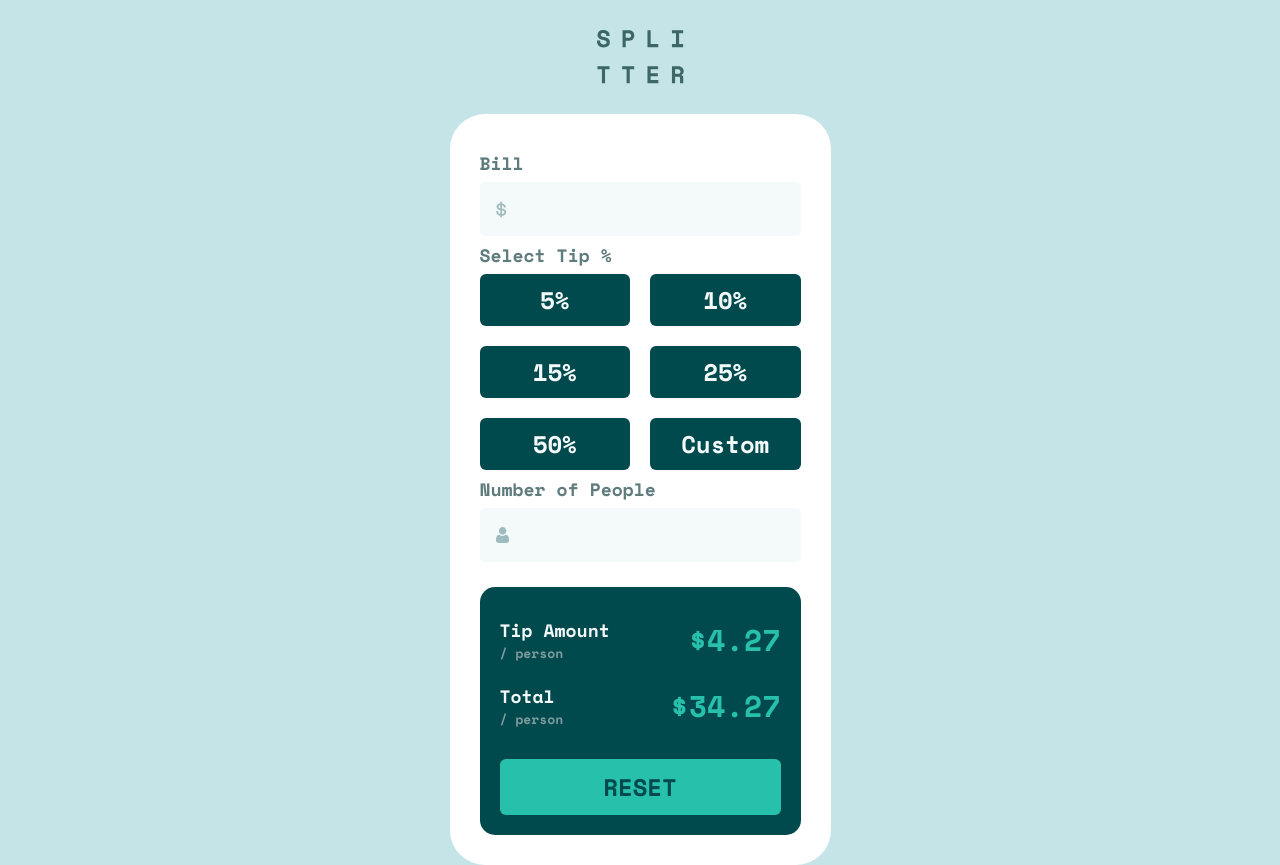
Repository: tomas938/tipcalculator
Page: /
These files come from the project's save history. The page is drawn as it stood at one moment and after the next save; the edit follows.
The browser window is 1280 px wide. The pictures show the whole page.
The project was rebuilt for these pictures with package versions that can differ from the ones it lists, and the page was loaded fresh each time.

Above is the page before, as saved 2021-08-04 11:09:55.

### public/index.html
<!DOCTYPE html>
<html lang="">
	<head>
		<meta charset="utf-8" />
		<meta http-equiv="X-UA-Compatible" content="IE=edge" />
		<meta name="viewport" content="width=device-width,initial-scale=1.0" />
		<link rel="icon" href="<%= BASE_URL %>favicon.ico" />
		<link
			href="https://fonts.googleapis.com/icon?family=Material+Icons"
			rel="stylesheet"
		/>
		<title><%= htmlWebpackPlugin.options.title %></title>
	</head>
	<body>
		<noscript>
			<strong
				>We're sorry but <%= htmlWebpackPlugin.options.title %> doesn't work
				properly without JavaScript enabled. Please enable it to
				continue.</strong
			>
		</noscript>
		<div id="app"></div>
		<!-- built files will be auto injected -->
	</body>
</html>

### src/App.vue
<template>
	<router-view />
</template>

<style lang="scss">
@import url("https://fonts.googleapis.com/css2?family=Space+Mono:wght@400;700&display=swap");
$strong-cyan: hsl(172, 67%, 45%);
$dark-cyan: hsl(186, 14%, 43%);
$grayish-cyan: hsl(184, 14%, 43%);
$lower-grayish-cyan: hsl(184, 14%, 56%);
$light-grayish-cyan: hsl(185, 41%, 84%);
$lighter-grayish-cyan: hsl(189, 41%, 97%);
$white: hsl(0, 0%, 100%);
* {
	margin: 0;
	padding: 0;
	box-sizing: border-box;
	font-family: "Space Mono", monospace;
	font-size: 2.4rem;
}
body {
	background-color: hsl(185, 41%, 84%);
}
html {
	font-size: 62.5%;
	@media only screen and (max-width: 760px) {
		font-size: 42.5%;
	}
}
</style>

### src/views/Home.vue
<template>
	<div class="logo">
		<splitter></splitter>
	</div>
</template>

<script>
import Splitter from "../components/Splitter.vue";
export default {
	name: "Home",
	components: {
		Splitter,
	},
};
</script>
<style lang="scss" scoped></style>

### src/components/Splitter.vue
<template>
	<div class="splitter">
		<svg xmlns="http://www.w3.org/2000/svg" width="87" height="54">
			<path
				fill="#3D6666"
				d="M6.72 17.472c.944 0 1.792-.12 2.544-.36s1.392-.584 1.92-1.032a4.476 4.476 0 001.212-1.62c.28-.632.42-1.34.42-2.124v-.288c0-1.472-.464-2.584-1.392-3.336-.928-.752-2.272-1.288-4.032-1.608a14.615 14.615 0 01-1.74-.408c-.456-.144-.824-.308-1.104-.492-.28-.184-.476-.392-.588-.624a1.771 1.771 0 01-.168-.78c0-.56.232-1.004.696-1.332.464-.328 1.096-.492 1.896-.492.944 0 1.676.248 2.196.744.52.496.78 1.08.78 1.752v.576h3.168v-.864a5 5 0 00-.396-1.968 4.762 4.762 0 00-1.176-1.656C10.436 1.08 9.792.7 9.024.42 8.256.14 7.376 0 6.384 0c-.88 0-1.676.12-2.388.36s-1.32.576-1.824 1.008c-.504.432-.896.94-1.176 1.524-.28.584-.42 1.22-.42 1.908v.144c0 .832.144 1.536.432 2.112a3.978 3.978 0 001.212 1.44c.52.384 1.132.692 1.836.924.704.232 1.48.42 2.328.564.64.112 1.168.248 1.584.408.416.16.744.34.984.54s.408.424.504.672c.096.248.144.508.144.78 0 .576-.232 1.072-.696 1.488-.464.416-1.176.624-2.136.624-1.232 0-2.14-.3-2.724-.9-.584-.6-.876-1.404-.876-2.412v-.576H0v.72c0 .88.144 1.692.432 2.436a5.47 5.47 0 001.272 1.944c.56.552 1.26.984 2.1 1.296.84.312 1.812.468 2.916.468zm22-.336V10.8h3.408c.864 0 1.616-.144 2.256-.432a4.707 4.707 0 001.596-1.14 4.833 4.833 0 00.96-1.608c.216-.6.324-1.212.324-1.836v-.576c0-.608-.108-1.204-.324-1.788a4.625 4.625 0 00-.96-1.56A4.737 4.737 0 0034.384.756c-.64-.28-1.392-.42-2.256-.42h-6.576v16.8h3.168zm3.096-9.36H28.72V3.36h3.096c.704 0 1.26.192 1.668.576.408.384.612.88.612 1.488v.288c0 .608-.204 1.104-.612 1.488-.408.384-.964.576-1.668.576zm29.464 9.36v-3.024h-7.632V.336H50.48v16.8h10.8zm24.88 0v-3.024h-4.032V3.36h4.032V.336H74.928V3.36h4.032v10.752h-4.032v3.024H86.16zm-78.096 36V39.36h4.464v-3.024H.432v3.024h4.464v13.776h3.168zm24.688 0V39.36h4.464v-3.024H25.12v3.024h4.464v13.776h3.168zm28.624 0v-3.024h-7.728v-3.888H60.8V43.2h-7.152v-3.84h7.44v-3.024H50.48v16.8h10.896zm16.744 0V46.8h3.648c.464 0 .796.12.996.36.2.24.3.552.3.936v5.04h3.168v-5.808c0-.56-.164-1.024-.492-1.392-.328-.368-.772-.584-1.332-.648v-.432c.768-.32 1.336-.78 1.704-1.38a3.63 3.63 0 00.552-1.932v-.576c0-.64-.116-1.24-.348-1.8a4.332 4.332 0 00-1.008-1.476c-.44-.424-.988-.756-1.644-.996-.656-.24-1.416-.36-2.28-.36h-6.432v16.8h3.168zm3.024-9.36H78.12V39.36h3.024c.768 0 1.352.204 1.752.612.4.408.6.892.6 1.452v.288c0 .656-.2 1.164-.6 1.524-.4.36-.984.54-1.752.54z"
			/>
		</svg>
		<div class="calculator">
			<h3>Bill</h3>
			<div class="input-wrapper">
				<input type="text" />
				<svg xmlns="http://www.w3.org/2000/svg" width="11" height="17">
					<path
						fill="#9EBBBD"
						d="M6.016 16.328v-1.464c1.232-.08 2.22-.444 2.964-1.092.744-.648 1.116-1.508 1.116-2.58v-.144c0-.992-.348-1.772-1.044-2.34-.696-.568-1.708-.932-3.036-1.092V4.184c.56.144 1.012.4 1.356.768.344.368.516.816.516 1.344v.288h1.824v-.432c0-.448-.088-.876-.264-1.284a3.783 3.783 0 00-.744-1.116A4.251 4.251 0 007.54 2.9a5.324 5.324 0 00-1.524-.492V.872H4.288V2.36a5.532 5.532 0 00-1.416.324c-.448.168-.84.392-1.176.672-.336.28-.604.616-.804 1.008-.2.392-.3.844-.3 1.356v.144c0 .96.316 1.708.948 2.244.632.536 1.548.884 2.748 1.044v3.912c-.704-.16-1.248-.472-1.632-.936-.384-.464-.576-1.08-.576-1.848v-.288H.256v.576c0 .464.08.924.24 1.38.16.456.404.88.732 1.272.328.392.744.728 1.248 1.008s1.108.476 1.812.588v1.512h1.728zM4.288 7.424c-.688-.128-1.164-.332-1.428-.612-.264-.28-.396-.644-.396-1.092 0-.464.176-.832.528-1.104.352-.272.784-.448 1.296-.528v3.336zm1.728 5.712V9.344c.768.128 1.328.328 1.68.6.352.272.528.688.528 1.248 0 .544-.196.984-.588 1.32-.392.336-.932.544-1.62.624z"
					/>
				</svg>
			</div>
			<h3>Select Tip %</h3>
			<div class="calculator__grid">
				<div class="calculator__grid__item item-1"><p>5%</p></div>
				<div class="calculator__grid__item item-2"><p>10%</p></div>
				<div class="calculator__grid__item item-3"><p>15%</p></div>
				<div class="calculator__grid__item item-4"><p>25%</p></div>
				<div class="calculator__grid__item item-5"><p>50%</p></div>
				<div class="calculator__grid__item item-6"><p>Custom</p></div>
			</div>
			<h3>Number of People</h3>
			<div class="input-wrapper">
				<input type="text" />
				<svg xmlns="http://www.w3.org/2000/svg" width="13" height="16">
					<path
						fill="#9EBBBD"
						d="M9.573 7.729c.406 0 .784.07 1.126.209.342.14.639.33.881.569.232.227.438.503.614.82a5.1 5.1 0 01.407.949c.097.312.178.654.242 1.016.062.359.105.699.126 1.011.02.307.031.624.031.945 0 .836-.259 1.512-.768 2.01-.504.492-1.17.742-1.98.742H2.748c-.81 0-1.477-.25-1.98-.742C.259 14.76 0 14.084 0 13.248c0-.322.01-.64.032-.945.02-.312.063-.652.126-1.01.063-.363.144-.705.242-1.017.1-.323.238-.643.407-.948.176-.318.382-.594.613-.821.243-.238.54-.43.882-.57.342-.138.72-.208 1.125-.208.16 0 .313.067.61.265.183.123.397.264.636.421.204.134.48.259.822.372.333.11.671.167 1.005.167a3.19 3.19 0 001.006-.167c.341-.113.618-.238.822-.372l.636-.42c.296-.2.45-.266.61-.266zM6.598 0C7.63 0 8.522.38 9.252 1.129s1.1 1.666 1.1 2.724c0 1.06-.37 1.976-1.1 2.725-.73.75-1.623 1.13-2.654 1.13-1.03 0-1.924-.38-2.653-1.13-.73-.749-1.1-1.666-1.1-2.725 0-1.058.37-1.975 1.1-2.724C4.675.379 5.567 0 6.598 0z"
					/>
				</svg>
			</div>
			<div class="calculator__result">
				<div class="result">
					<div class="information">
						<p>Tip Amount</p>
						<span>/ person</span>
					</div>
					<div class="price">
						<p>$4.27</p>
					</div>
				</div>
				<div class="result">
					<div class="information">
						<p>Total</p>
						<span>/ person</span>
					</div>
					<div class="price">
						<p>$34.27</p>
					</div>
				</div>
				<div class="result"></div>
				<button>Reset</button>
			</div>
		</div>
	</div>
</template>

<script>
export default {};
</script>

<style lang="scss" scoped>
.splitter {
	display: flex;
	flex-direction: column;
	align-items: center;
}
.calculator {
	background-color: hsl(0, 0%, 100%);
	padding: 3rem;
	border-radius: 3.5rem;
	&__grid {
		display: grid;
		grid-gap: 2rem;
		grid-template-columns: repeat(2, 1fr);
		grid-template-rows: repeat(3, 1fr);
		color: hsl(189, 41%, 97%);
		font-weight: 700;
		text-align: center;
		cursor: pointer;
	}
	&__grid__item {
		width: 100%;
		margin: auto;
		padding: 8px 0;
		border-radius: 6px;
		background-color: hsl(183, 100%, 15%);
		&:hover {
			transition: all 0.3s ease-in-out;
			background-color: hsl(172, 67%, 45%);
			color: hsl(183, 100%, 15%);
		}
	}
	&__result {
		margin-top: 2.5rem;
		display: flex;
		flex-direction: column;
		border-radius: 1.5rem;
		padding: 2rem;
		background-color: hsl(183, 100%, 15%);
		font-weight: 700;
		.result {
			display: flex;
			justify-content: space-between;
			padding: 10px 0;
			p {
				font-size: 1.8rem;
				color: hsl(189, 41%, 97%);
			}
			span {
				font-size: 1.3rem;
				color: hsl(184, 14%, 56%);
			}
		}
		.information {
			display: flex;
			flex-direction: column;
		}
		.price {
			p {
				color: hsl(172, 67%, 45%);
				font-size: 3rem;
			}
		}
		button {
			border-radius: 6px;
			padding: 1rem 0;
			font-weight: 700;
			color: hsl(183, 100%, 15%);
			text-transform: uppercase;
			background-color: hsl(172, 67%, 45%);
			cursor: pointer;
			outline: none;
			border: none;
		}
		button:hover,
		button:active {
			transition: 0.3s ease-in-out;
			background-color: hsl(185, 41%, 84%);
		}
	}
}
svg {
	margin: 3rem 0;
}
input {
	border-radius: 5px;
	border: 2px solid transparent;
	outline: none;
	background-color: hsl(189, 41%, 97%);
	color: hsl(183, 100%, 15%);
	font-weight: 700;
	text-align: right;
	padding: 0.7rem 0;
	padding-right: 1.5rem;

	&:focus,
	&:active {
		border: 2px solid hsl(172, 67%, 45%);
	}
	&::placeholder {
		color: hsl(184, 14%, 56%);
	}
}
h3 {
	margin: 6px 0;
	font-size: 1.8rem;
	color: hsl(184, 14%, 43%);
	font-weight: 700;
}
.input-wrapper {
	position: relative;
	display: flex;
	align-items: center;

	svg {
		width: 2rem;
		margin: 0;
		position: absolute;
		left: 5%;
	}
}
</style>

Loaded but not shown: src/main.js (common file); src/router/index.js (common file)

After the next save:
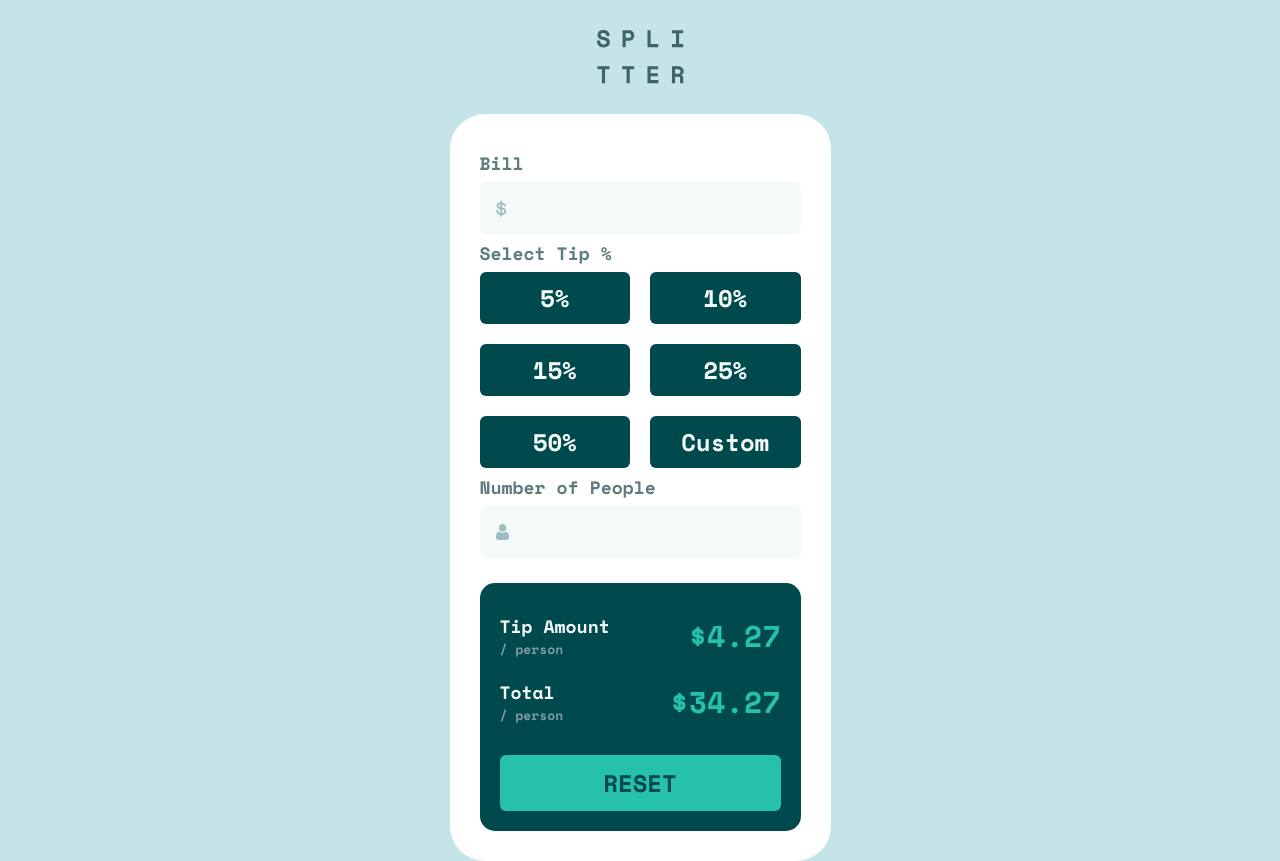
Saved 7 s later.
--- a/src/components/Splitter.vue
+++ b/src/components/Splitter.vue
@@ -158,7 +158,7 @@ input {
 	color: hsl(183, 100%, 15%);
 	font-weight: 700;
 	text-align: right;
-	padding: 0.7rem 0;
+	padding: 0.6rem 0;
 	padding-right: 1.5rem;
 
 	&:focus,
